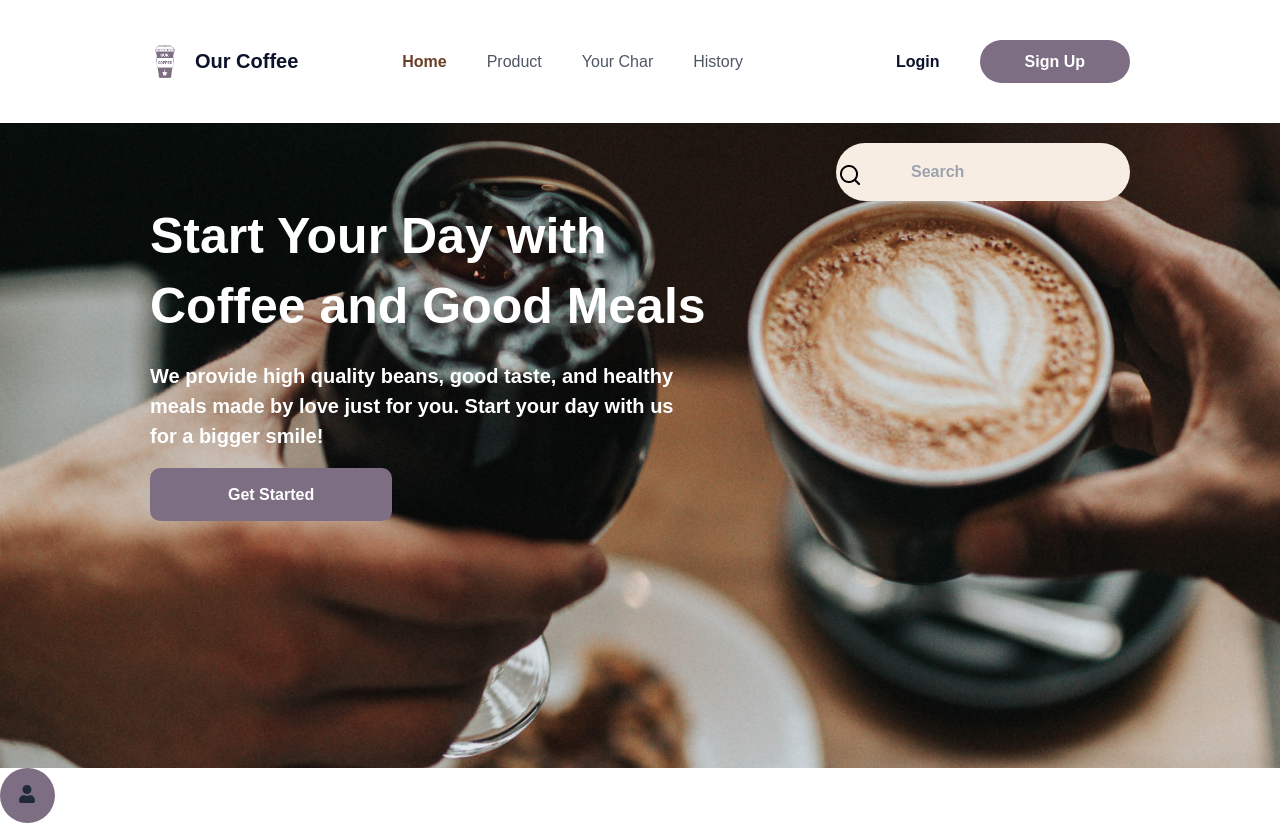
Repository: boykebn/fw12-collab2-FRONTEND
Page: / (app in our/)
These files come from the project's save history. The page is drawn as it stood at one moment and after the next save; the edit follows.
The browser window is 1280 px wide. The pictures show the whole page.
The project was rebuilt for these pictures with package versions that can differ from the ones it lists, and the page was loaded fresh each time. The framework's server and built-in components were replaced by stand-ins that run in the browser. Also part of the build but not shown: our/next.config.js.

Above is the page before, as saved 2022-12-30 20:55:10.

After the next save:
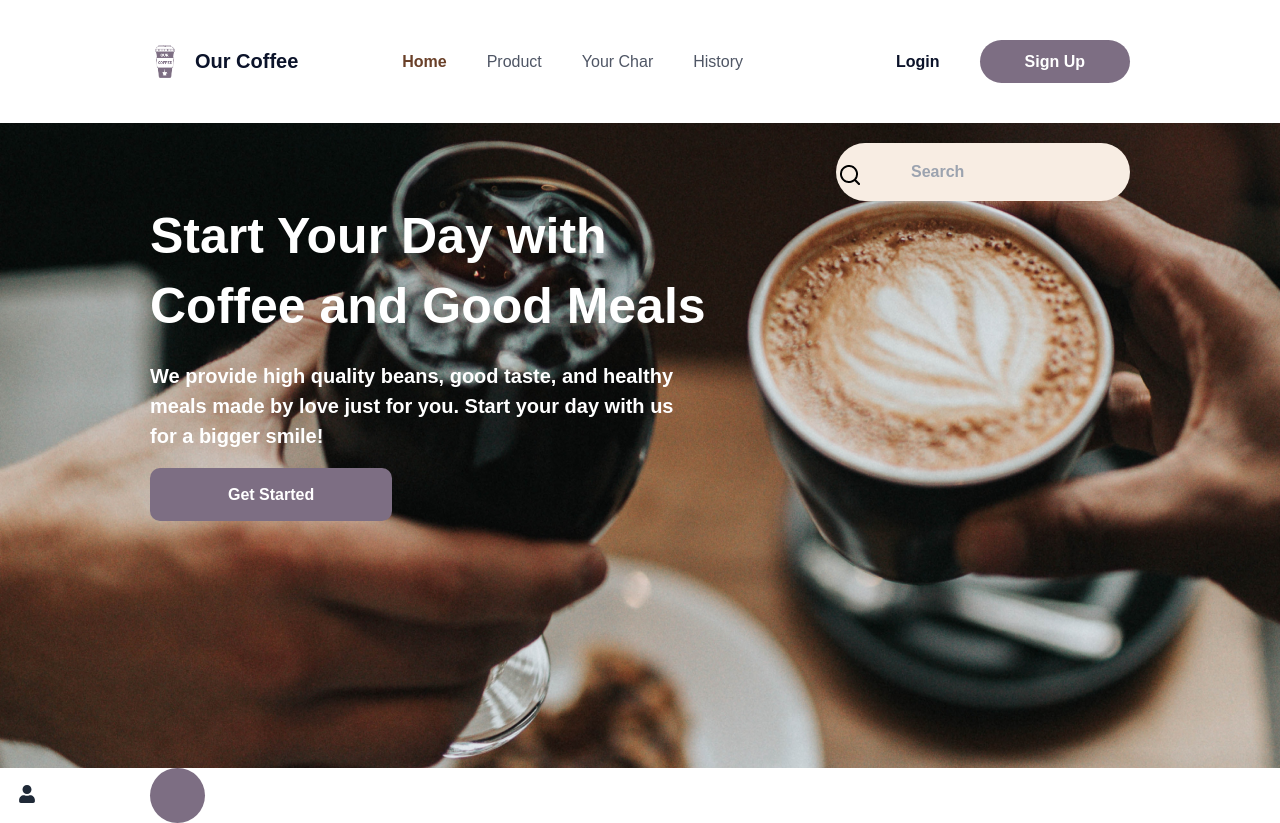
Saved 31 s later.
--- a/our/pages/index.js
+++ b/our/pages/index.js
@@ -43,7 +43,7 @@ export default function Home() {
           </div>
         </div>
       </div>
-      <div>
+      <div className="px-[150px]">
         <div>
           <FaUser className="w-[16px] h-[18px] absolute left-[19px] top-[785px]" />
           <div className="border-1 bg-[#7d6e83] w-[55px] h-[55px] rounded-[50%] left-[200px]"></div>
